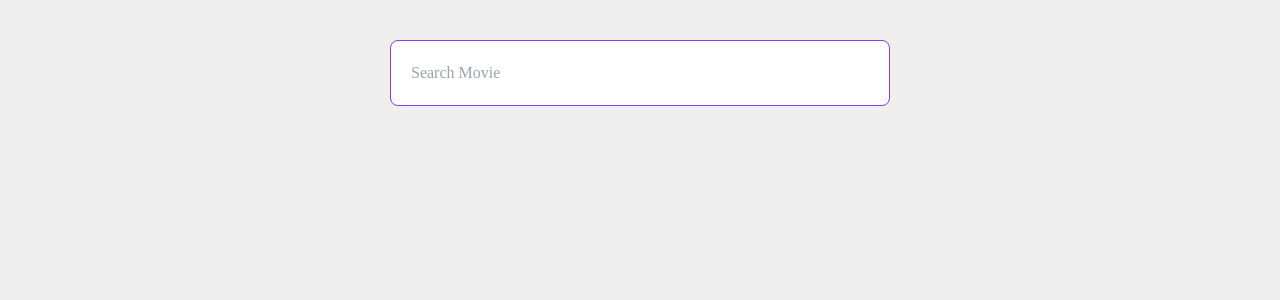
Repository: 16-Doffy/Fe-Khhoahoc
Page: /
These files come from the project's save history. The page is drawn as it stood at one moment and after the next save; the edit follows.
The browser window is 1280 px wide. The pictures show the whole page.
The project was rebuilt for these pictures with package versions that can differ from the ones it lists, and the page was loaded fresh each time. Also part of the build but not shown: src/App.css.

Above is the page before, as saved 2025-02-11 03:56:09.

After the next save:
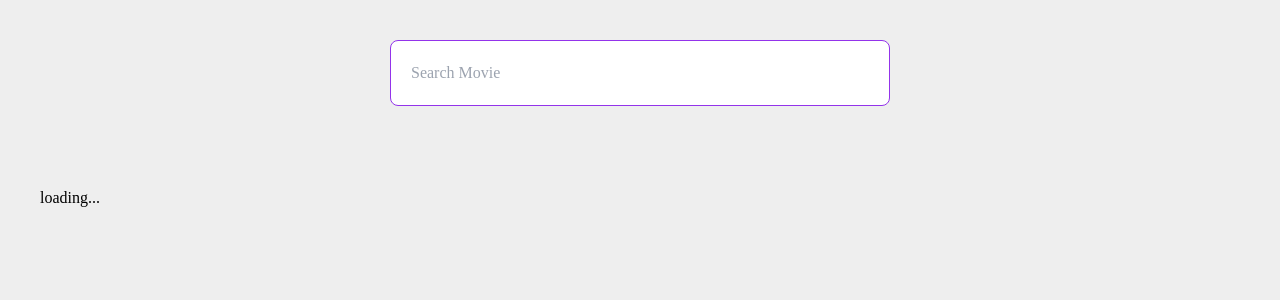
Saved 69 s later.
--- a/src/components/MovieSearchApp.js
+++ b/src/components/MovieSearchApp.js
@@ -41,7 +41,7 @@ const MovieSearchApp = () => {
           onChange={(e) => setQuery(e.target.value)}
         />
       </div>
-      {!loading && <p>loading...</p>}
+      {loading && <p>loading...</p>}
 
       <div className="grid grid-cols-3 gap-10">
         {!loading &&
